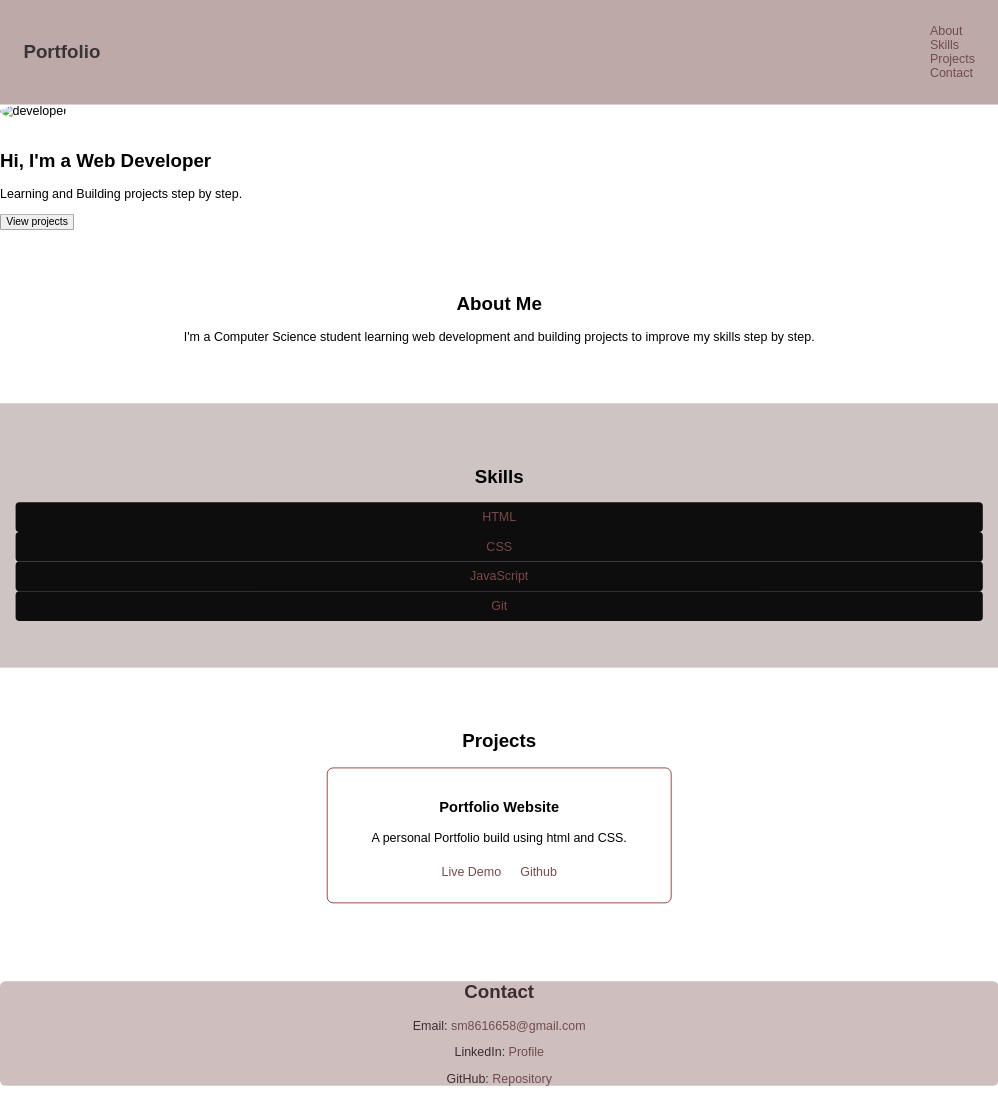
Repository: syeda-naqvi-hub/Portfolio-website
Page: python/portfolio/index.html
An editor plug-in stored every save of this project. The page is shown before and after the next save, followed by the edit.
The browser window is 1280 px wide. The pictures show the whole page, at 78% of full size.

Above is the page before, as saved 2026-02-07 12:43:29.
Not found: python/portfolio/profile.jpg.jpeg

After the next save:
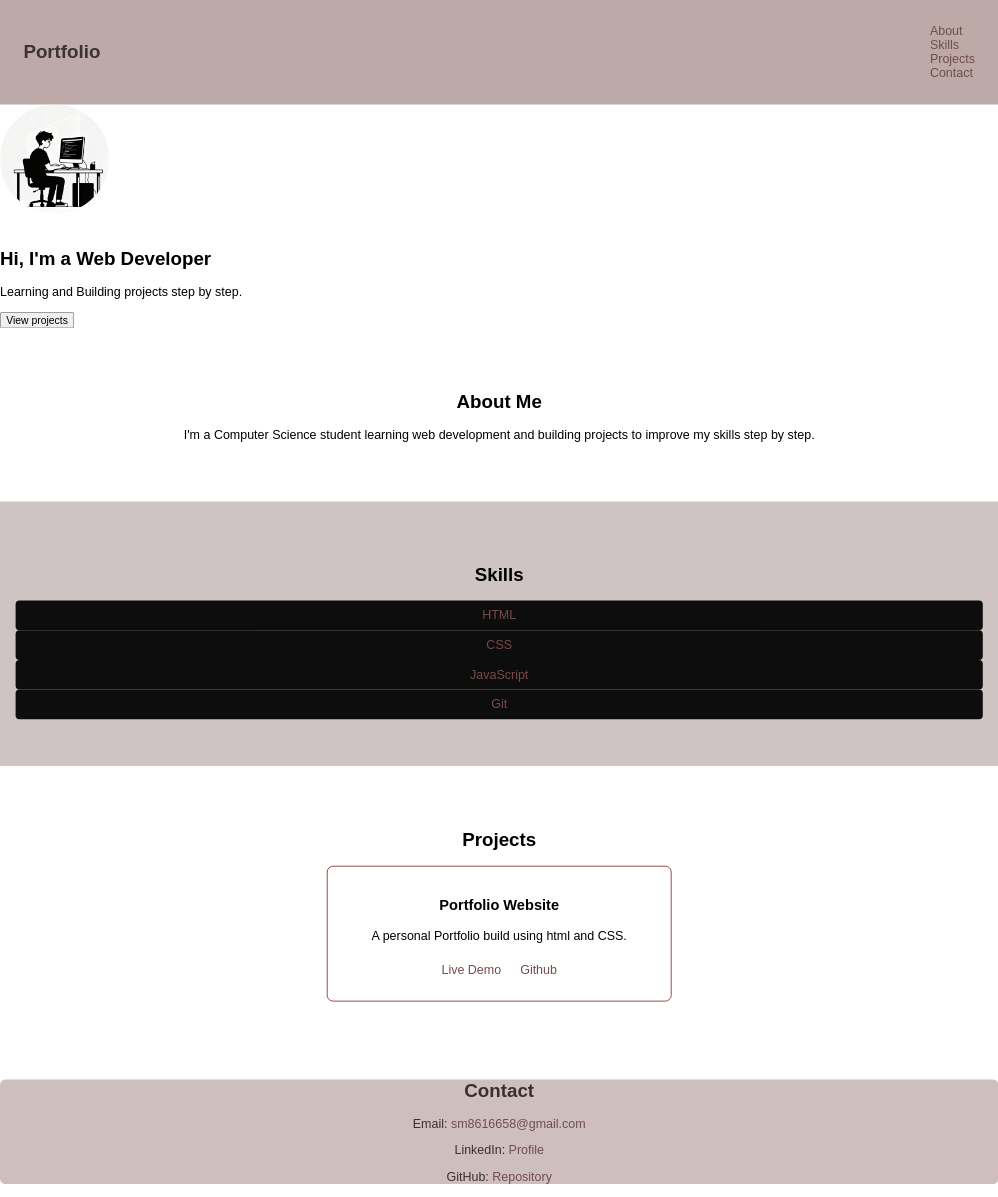
Saved 2 min 13 s later.
--- a/python/portfolio/index.html
+++ b/python/portfolio/index.html
@@ -20,7 +20,7 @@
         </nav>
     </header>
     <section class=""hero">
-        <img src="profile.jpg.jpeg" class="profile-img" alt="developer">
+        <img src="profile.jpeg" class="profile-img" alt="developer">
         <h1>Hi, I'm a Web Developer </h1>
         <p>Learning and Building projects step by step.</p>
         <button>View projects</button>
